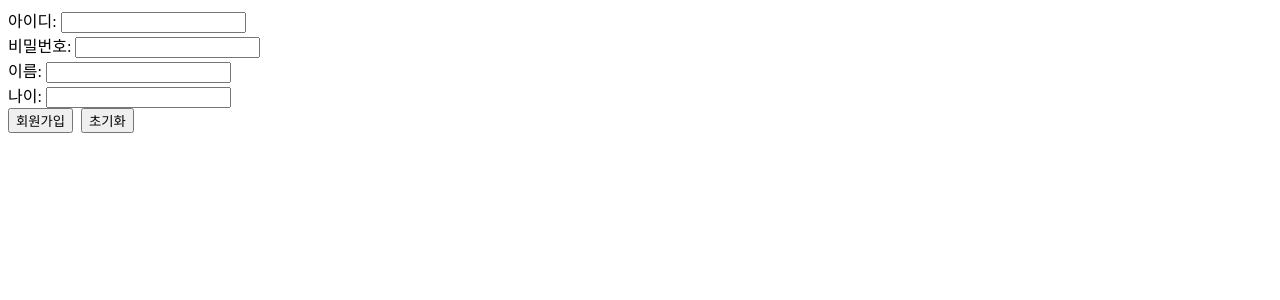
Repository: djdh94/jsp_practice
Page: http://localhost/JSPBasic/JspTag/test.jsp
The author's editor kept a copy of each file at every save. The page is drawn from the files as they stood at one save, then again after the next save.
The browser window is 1280 px wide. The pictures show the whole page.
The page is served by Tomcat 9.

Above is the page before, as saved 2022-02-05 04:45:27.

After the next save:
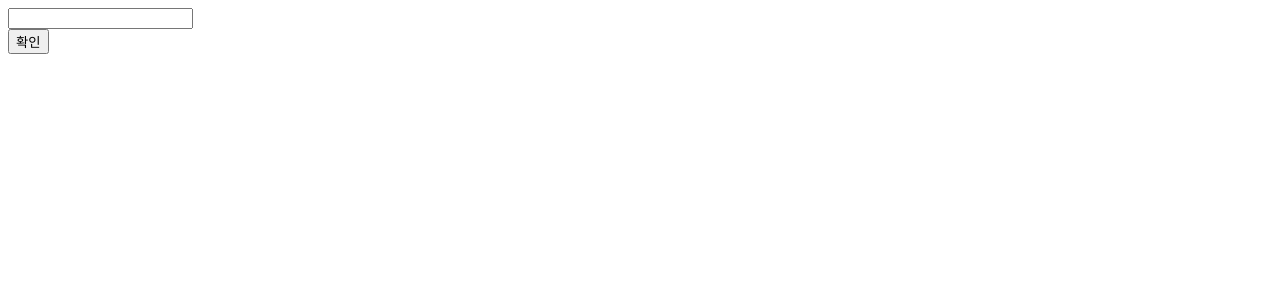
Saved 2 min 11 s later.
--- a/JSPBasic/src/main/webapp/JspTag/test.jsp
+++ b/JSPBasic/src/main/webapp/JspTag/test.jsp
@@ -7,13 +7,9 @@
 <title>Insert title here</title>
 </head>
 <body>
-	<form action="test2.jsp" method="post">
-	아이디:&nbsp;<input type ="text" name="id"/><br/>
-	비밀번호:&nbsp;<input type ="password" name="pw"/><br/>
-	이름:&nbsp;<input type="text" name="name"/><br/>
-	나이:&nbsp;<input type="number" name="age"/><br/>
-	<input type="submit" value="회원가입"/>&nbsp;
-	<input type="reset" value="초기화"/>
+	<form action="test2.jsp" method="get">
+	<input type="number" name="age"/><br/>
+	<input type="submit" value="확인"/>
 
 	</form>
 </body>
